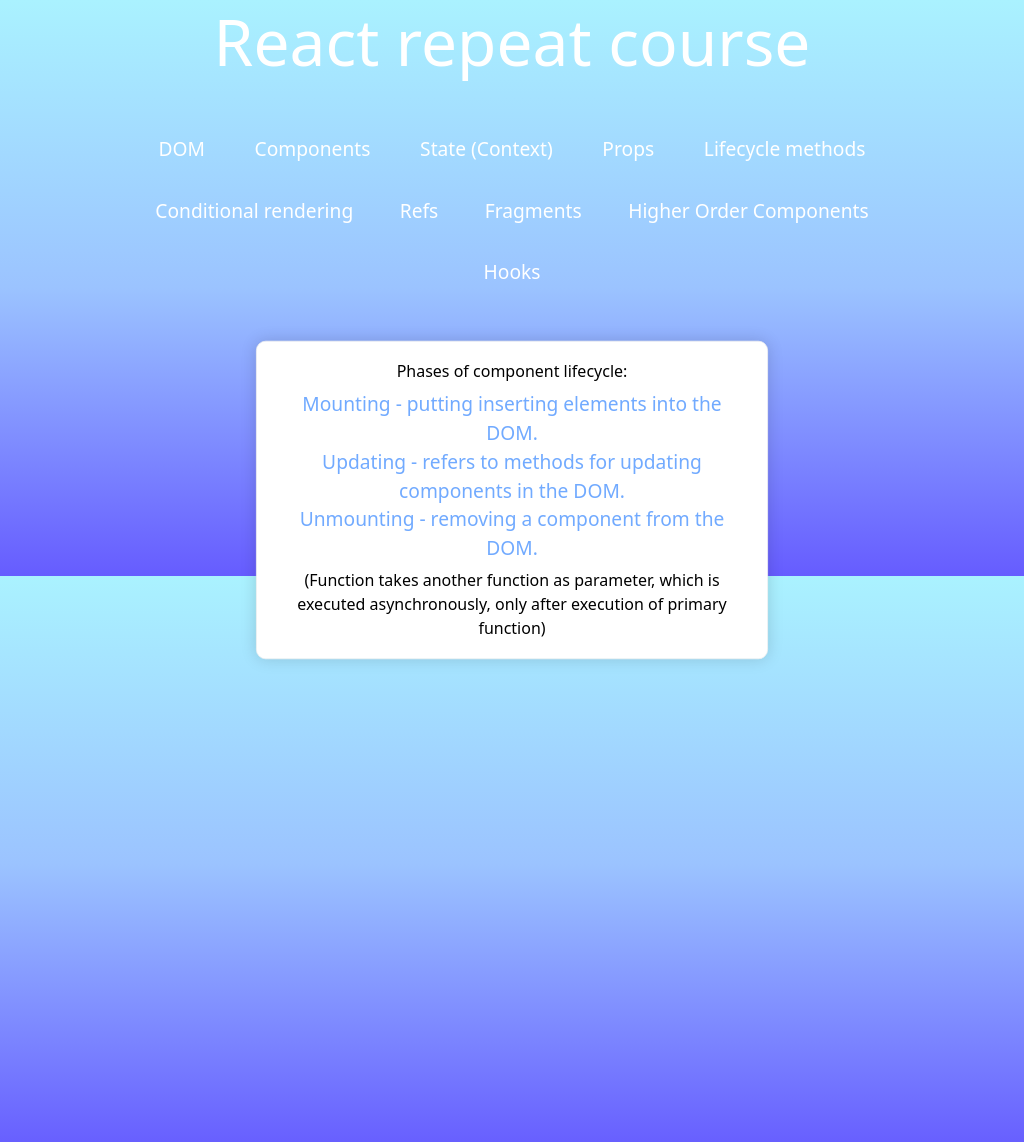
Repository: michalgornicki/github
Page: /#/Lifecycle
These files come from the project's save history. The page is drawn as it stood at one moment and after the next save; the edit follows.
The browser window is 1280 px wide. The pictures show the whole page, at 80% of full size.
Backgrounds fixed to the window are drawn as part of the page. The project was rebuilt for these pictures with package versions that can differ from the ones it lists, and the page was loaded fresh each time. Also part of the build but not shown: src/components/dom.jsx, src/components/components.jsx, src/components/state.jsx, src/components/props.jsx, src/components/conditional.jsx, src/components/refs.jsx, src/components/fragments.jsx, src/components/hoc.jsx and 1 more.

Above is the page before, as saved 2022-02-07 13:06:29.

After the next save:
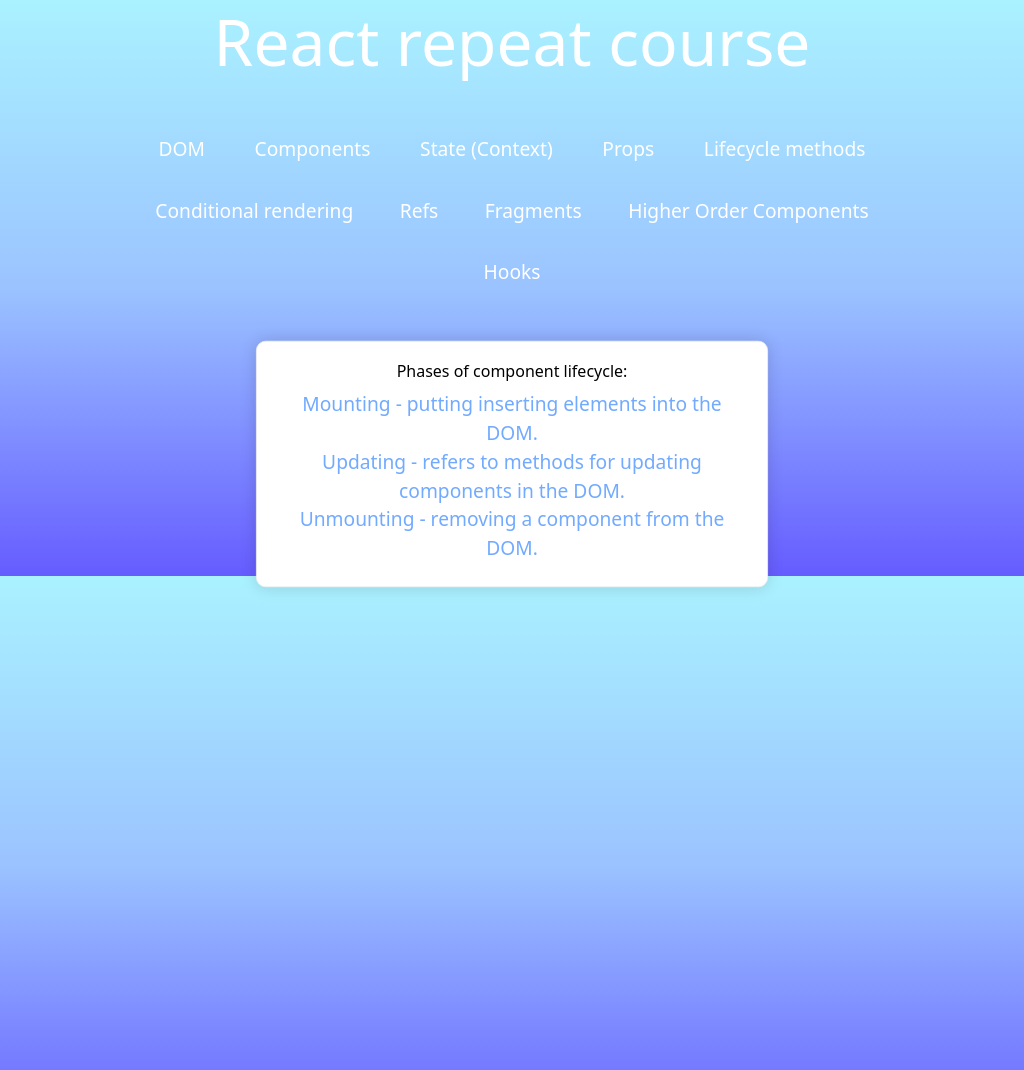
Saved 14 s later.
--- a/src/components/lifecycle.jsx
+++ b/src/components/lifecycle.jsx
@@ -9,7 +9,7 @@
           {`Updating - refers to methods for updating components in the DOM.`} <br />
           {`Unmounting - removing a component from the DOM.`}{" "}
         </div>{" "}
-        (Function takes another function as parameter, which is executed asynchronously, only after execution of primary function)
+
       </div>
     </div>
   );
